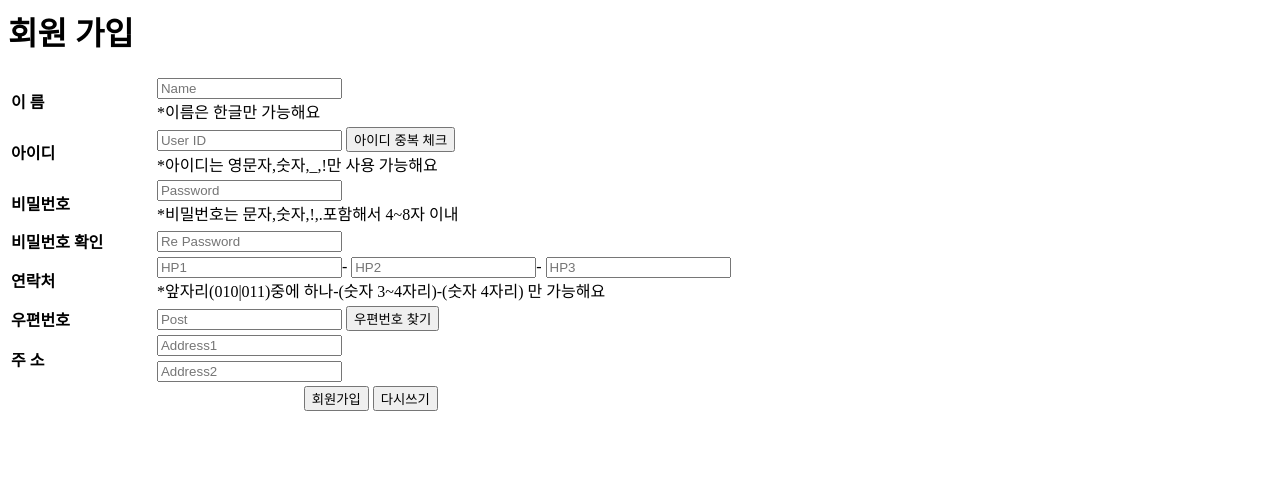
Repository: Jayking0215/myjava
Page: http://localhost/SpringWeb/WEB-INF/views/member/join.jsp
These files come from the project's save history. The page is drawn as it stood at one moment and after the next save; the edit follows.
The browser window is 1280 px wide. The pictures show the whole page.
The page is served by Tomcat 9. Nobody is signed in. Other server files are loaded and not shown. The template is opened directly, without the code that normally fills it, so the values that code supplies are empty.

Above is the page before, as saved 2023-05-03 05:04:32.

### SpringWorkspace/SpringWeb/src/main/webapp/WEB-INF/views/member/join.jsp
<%@ page language="java" contentType="text/html; charset=UTF-8"
    pageEncoding="UTF-8"%>

<!-- js파일 참조-------------------------------- -->
<script type="text/javascript" src="./js/userCheck.js"></script>
<!-- ------------------------------------------ -->
<div class="container">
	<h1>회원 가입</h1>
	<form name="mf" action="join" method="post">
	<!-----활동회원: mode(0), 관리자(9)--------------------->
	<input type="hidden" name="mode" value="0">
	<!------------------------------------------------->
	<table class="table">
		<tr>
			<td width="20%" class="m1"><b>이  름</b></td>
			<td width="80%" class="m2">
			<input type="text" name="name" id="name" class="form-control"
			 placeholder="Name">
			<br>
			<span class="ck">*이름은 한글만 가능해요</span>
			</td>
		</tr>
		<tr>
			<td width="20%" class="m1"><b>아이디</b></td>
			<td width="80%" class="m2">
			<input type="text" name="userid" id="userid" class="form-control"
			 placeholder="User ID">
			 <button type="button" onclick="open_idcheck()" class="btn btn-success">아이디 중복 체크</button>
			<br>
			<span class="ck">*아이디는 영문자,숫자,_,!만 사용 가능해요</span>
			</td>
		</tr>
		<tr>
			<td width="20%" class="m1"><b>비밀번호</b></td>
			<td width="80%" class="m2">
			<input type="password" name="pwd" id="pwd" class="form-control"
			 placeholder="Password">
			<br>
			<span class="ck">*비밀번호는 문자,숫자,!,.포함해서 4~8자 이내</span>
			</td>
		</tr>

		<tr>
			<td width="20%" class="m1"><b>비밀번호 확인</b></td>
			<td width="80%" class="m2">
			<input type="password" name="pwd2" id="pwd2" class="form-control"
			 placeholder="Re Password">
			<br>
			</td>
		</tr>
		<tr>
			<td width="20%" class="m1"><b>연락처</b></td>
			<td width="80%" class="m2">
			<input type="text" name="hp1" id="hp1" placeholder="HP1" maxlength="3">-
			<input type="text" name="hp2" id="hp2" placeholder="HP2" maxlength="4">-
			<input type="text" name="hp3" id="hp3" placeholder="HP3" maxlength="4">
			<br>
			<span class="ck">*앞자리(010|011)중에 하나-(숫자 3~4자리)-(숫자 4자리)
			만 가능해요
			</span>
			</td>
		</tr>
		<tr>
			<td width="20%" class="m1"><b>우편번호</b></td>
			<td width="80%" class="m2">
			<input type="text" name="post" id="post" class="form-control"
			 placeholder="Post" maxlength="5">
			 <button type="button" onclick="" class="btn btn-success">우편번호 찾기</button>
			<br>
			</td>
		</tr>

		<tr>
			<td width="20%" class="m1"><b>주  소</b></td>
			<td width="80%" class="m2">
			<input type="text" name="addr1" id="addr1" class="form-control"
			 placeholder="Address1" style="margin-bottom:5px;">
			<br>
			<input type="text" name="addr2" id="addr2" class="form-control"
			 placeholder="Address2">
			</td>
		</tr>
		<tr>
			<td colspan="2" class="m2" style="text-align:center">
				<button type="button" onclick="member_check()" class="btn btn-primary">회원가입</button>
				<button type="reset" class="btn btn-danger">다시쓰기</button>
			</td>
		</tr>

	</table>

	</form>
</div>

### SpringWorkspace/SpringWeb/src/main/webapp/js/userCheck.js
/**
 * https://regexr.com
 */
let win=null;
function open_idcheck(){
	win=window.open("idCheck","idCheck","width=400, height=400, left=200, top=200");
}//--------------------------

function set_id(uid){
	//alert(uid);
	//uid값을 부모창(window)의 userid의 value값에 전달하자
	//팝업창에서 부모창을 참조할때는: opener (window)
	//window >document>forms
	opener.document.mf.userid.value = uid;

	//팝업창 닫기
	self.close();
}//--------------------------

function id_check(){
	if(!idf.userid.value){
		alert('아이디를 입력해야 해요');
		idf.userid.focus();
		return;
	}
	if(!isUserid(idf.userid)){
		alert('아이디는 영문자,숫자,_,!로 4~8자까지 가능해요');
		idf.userid.select();
		return;
	}
	idf.submit();
}//-------------------------


function member_check(){
	if(!isKor(mf.name)){
		alert('이름은 한글로 2자 이상 가능해요');
		mf.name.select();
		return;
	}
	//*아이디는 영문자,숫자,_,!만 사용 가능해요
	if(!isUserid(mf.userid)){
		alert('아이디는 영문자,숫자,_,!만 4~8자까지 가능해요');
		mf.userid.select();
		return;
	}

	//로그인한 사람이 관리자일 경우는 비번 변경 불가==> mf.mode.value값이 9면 관리자
	//비밀번호는 문자,숫자,!,.포함해서 4~8자 이내
	if(mf.mode.value!=9 && !isPasswd(mf.pwd)){
		alert('비밀번호는 문자,숫자,!_,.포함해서 4~8자 이내여야 해요');
		mf.pwd.select();
		return;
	}
	//비번,비번확인 값 일치 여부 체크
	if(mf.mode.value!=9 && (mf.pwd.value!= mf.pwd2.value)){
		alert('비밀번호와 비밀번호 확인값이 달라요');
		mf.pwd2.select();
		return;
	}
	//앞자리(010|011)중에 하나-(숫자 3~4자리)-(숫자 4자리) 만 가능해요
	if(!isMobile(mf.hp1, mf.hp2, mf.hp3)){
		alert('앞자리(010|011)중에 하나-(숫자 3~4자리)-(숫자 4자리) 만 가능해요');
		mf.hp1.select();
		return;
	}

	//날짜 체크
	/*if(!isDate(mf.addr1)){
		alert('날짜 형식에 맞지 않아요 [yyyy-mm-dd] or [yyyy/mm/dd]');
		mf.addr1.select();
		return;
	}*/
	//이메일 체크
	/*
	asdf-12cd@gmail.com
	asdf.my@naver.com
	asdf12@google.co.kr
	*/
	/*
	if(!isEmail(mf.addr1)){
		alert('이메일 형식에 맞지 않아요');
		mf.addr1.select();
		return;
	}
	*/

	mf.submit();//서버로 전송
}//member_check()--------------------
/*/
+ : 1개 이상 (one more)
* : 0 또는 여러개 (one or more)
? : 0 또는 1 (one or zero)
 */

function isEmail(input){
	let val=input.value;
	let pattern=/^[\w-]+(\.[\w]+)*@([a-zA-Z]+\.)+[a-z]{2,3}$/;
	let b=pattern.test(val);
	//alert('email: '+b);
	return b;
}//isEmail()------------------------


//날짜 형식에 맞는지 체크하는 함수
//월: 01 02 03 04 05...09,10,11,12
//일: 01~31
//2023-01-31 or 2023/01/31
// [\/] : /를 의미
function isDate(input){
	let val=input.value;
	let pattern=/^(19|20)[\d]{2}[-\/](0[1-9]|1[0-2])[-\/](0[1-9]|[12][0-9]|3[0-1])$/;
	let b=pattern.test(val);
	alert('date: '+b);
	return b;
}//isDate()--------------------------

/*
\b : 단어의 경계를 나타내며, 해당 패턴이 정확하게 일치해야 함을 의미
(010|011): 010 또는 011이 와야 함을 의미
\d{3,4} : 숫자가 3개이상 4개 이하 와야 함
\d{4} : 숫자가 4개 와야 함
*/
//앞자리(010|011)중에 하나-(숫자 3~4자리)-(숫자 4자리) 만 가능해요
function isMobile(input1, input2, input3){
	let val=input1.value+"-"+input2.value+"-"+input3.value;
	let pattern=/\b(010|011)[-][\d]{3,4}[-][\d]{4}\b/;
	let b=pattern.test(val);
	//alert('hp: '+b);
	return b;
}//isMobile()---------------------------


/*
\w : 알파벳대소문,숫자,_
\. : 마침표
! : !
{4,8}: 4~8자리까지
*/
//비밀번호는 문자,숫자,!,.,_포함해서 4~8자 이내
function isPasswd(input){
	let val=input.value;
	let pattern=/^[\w!\.]{4,8}$/;
	let b=pattern.test(val);
	//alert('pwd: '+b);
	return b;
}//isPasswd()-------------------------

/*
^ :시작을 의미
$ :끝을 의미
a-z: 알파벳 소문자
A-Z: 알파벳 대문자
0-9: 아라비아 숫자
_ : _
! : !
{3} : 3자리만 가능
{3,} : 3자 이상 가능
{3,7}: 3~7자리까지 가능
*/
//아이디는 영문자로 시작하고 그다음에는 영문자,숫자,_,!만 3~7자까지
function isUserid(input){
	let val=input.value;
	let pattern=/^([A-Za-z])[A-Za-z0-9_!]{3,7}$/
	let b=pattern.test(val);
	//alert("id여부: "+b);
	return b;
}//isUserid()----------------------------




/**
 * ^ : 시작을 의미
 * $ : 끝을 의미
 * 가-힣 : 한글을 의미
 * + : 패턴이 1개 이상 반복된다는 의미
 * {2,}:패턴문자가 2개 이상 와야한다는 의미
*/
function isKor(input){
	//alert(input.value);
	let val=input.value;
	//정규식 객체: RegExp
	//let pattern=new RegExp(/multi/g); //flag: g,i,m,s
	//let pattern=/^[가-힣]+$/
	let pattern=/^[가-힣]{2,}$/
	//multi문자열이 있는지 여부를 체크
	let b=pattern.test(val);
	//test()함수: 정규식 패턴에 매개변수 문자열이 맞으면 true를 반환하고, 틀리면 false반환
	//alert(b);
	return b;
}

After the next save:
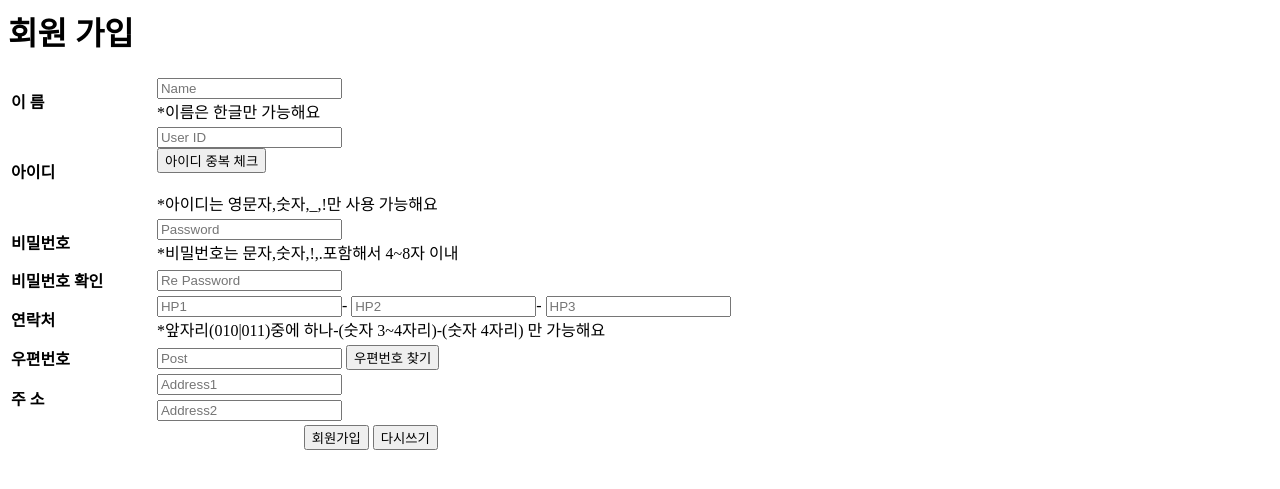
Saved 4 min 46 s later.
--- a/SpringWorkspace/SpringWeb/src/main/webapp/WEB-INF/views/member/join.jsp
+++ b/SpringWorkspace/SpringWeb/src/main/webapp/WEB-INF/views/member/join.jsp
@@ -23,9 +23,13 @@
 		<tr>
 			<td width="20%" class="m1"><b>아이디</b></td>
 			<td width="80%" class="m2">
+			<div>
 			<input type="text" name="userid" id="userid" class="form-control"
 			 placeholder="User ID">
+			 </div>
+			 <div>
 			 <button type="button" onclick="open_idcheck()" class="btn btn-success">아이디 중복 체크</button>
+			 </div>
 			<br>
 			<span class="ck">*아이디는 영문자,숫자,_,!만 사용 가능해요</span>
 			</td>
